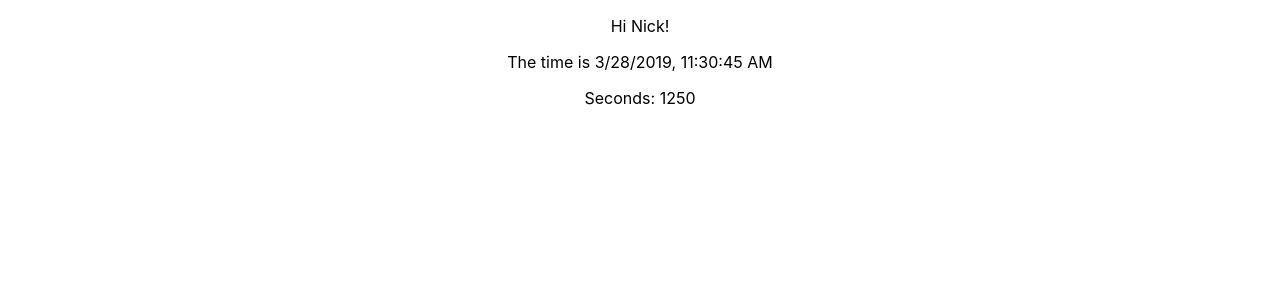
Repository: crispinonicky/gummy-facts
Page: /
These files come from the project's save history. The page is drawn as it stood at one moment and after the next save; the edit follows.
The browser window is 1280 px wide. The pictures show the whole page.
The project was rebuilt for these pictures with package versions that can differ from the ones it lists, and the page was loaded fresh each time.

Above is the page before, as saved 2019-03-28 13:46:19.

### src/App.js
import React, { Component } from 'react';
import './App.css';
import Clock from './components/Clock';
import Gummies from './components/Gummies';


class App extends Component {
  constructor(props){
    super(props)

    this.state = {
      name: "Nick"
    }

  }



  render() {
    return (
      <div className="App">


      <p>
        Hi {this.state.name}!
      </p>

        <Clock />
        <Gummies />


      </div>
    );
  }
}

export default App;

### src/components/Clock.js
import React, { Component } from "react";
import "../App.css";

let time = new Date().toLocaleString();
let timeInt = parseInt(time).toString

class Clock extends React.Component {
  constructor(props) {

    super(props)
    this.state = {
      time: new Date().toLocaleString(),
    };
  }

  componentDidMount() {
    this.intervalID = setInterval(
      () => this.tick(),
      1000
    )
  }

  componentWillUnmount() {
    clearInterval(this.intervalID);
  }

  tick() {
    this.setState({
      time: new Date().toLocaleString()
    });
  }

  render() {
    return (
      <div>
      <p>
        The time is {this.state.time}
      </p>
      </div>
    );
  }
}

console.log(typeof time)



export default Clock;

### src/components/Gummies.js
// import React, { Component } from "react";
// import "../App.css";

// // let time = new Date().toLocaleString();
// let gummyCount = 0

// class Gummies extends React.Component {
//   constructor(props) {

//     super(props)
//     this.state = {
//       gummyCount: 0
//     };

//     this.startTimer = this.startTimer.bind(this)

//   }

//   startTimer() {
//     this.setState({
//       time: this.state.time
//     })

//     this.timer = setInterval(() => this.setState({

//     }), 1);
//   }

//   render() {
//     return (
//       <div>
//       <p>
//         And as of the time you opened this app, approximately {gummyCount} have
//         been savagely devoured (within the United States) 😱
//       </p>
//       </div>
//     );
//   }
// }

// console.log(typeof time)



// export default Gummies;


const React = require('react')

// class Gummies extends React.Component {
//   constructor(props){
//     super(props)
//     this.state = {
//       time: 0,
//       isOn: false,
//       start: 0
//     }
//     this.startTimer = this.startTimer.bind(this)

//   }

//   startTimer() {

//     this.setState({
//       isOn: true,
//       time: this.state.time,
//       start: Date.now() - this.state.time
//     })

//     this.timer = setInterval(() => this.setState({
//       time: Date.now() - this.state.start
//     }), 1000);

//   }



//   render() {
//     console.log(typeof this.state.time)


//     let start = (this.state.time == 0) ?
//       <button onClick={this.startTimer}>start</button> :
//       null
//     return(
//       <div>
//         <h3>timer: {(this.state.time)}</h3>
//         {start}

//       </div>

//     )
//   }


// }


// export default Gummies;


class Gummies extends React.Component {
  constructor(props) {
    super(props);
    this.state = { seconds: 0 };
  }

  tick() {
    this.setState(state => ({
      seconds: state.seconds + 1
    }));
  }

  componentDidMount() {
    this.interval = setInterval(() => this.tick(), 1);
  }

  componentWillUnmount() {
    clearInterval(this.interval);
  }

  render() {
    return (
      <div>
        Seconds: {this.state.seconds}
      </div>
    );
  }
}

export default Gummies;

Loaded but not shown: public/index.html (common file); src/index.js (common file); src/index.css (common file); src/serviceWorker.js (common file); src/App.css (common file)

After the next save:
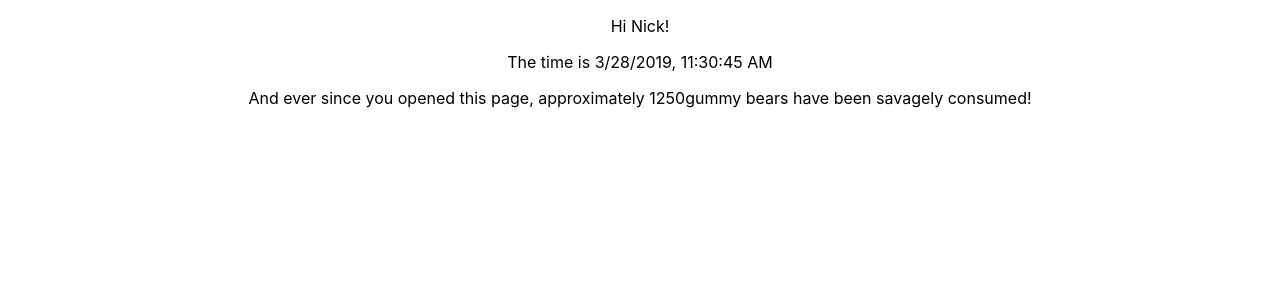
Saved 2 min 23 s later.
--- a/src/components/Gummies.js
+++ b/src/components/Gummies.js
@@ -102,7 +102,9 @@ const React = require('react')
 class Gummies extends React.Component {
   constructor(props) {
     super(props);
-    this.state = { seconds: 0 };
+    this.state = {
+      seconds: 0
+    };
   }
 
   tick() {
@@ -122,7 +124,10 @@ class Gummies extends React.Component {
   render() {
     return (
       <div>
-        Seconds: {this.state.seconds}
+        <p>
+        And ever since you opened this page, approximately {this.state.seconds}
+        gummy bears have been savagely consumed!
+        </p>
       </div>
     );
   }
